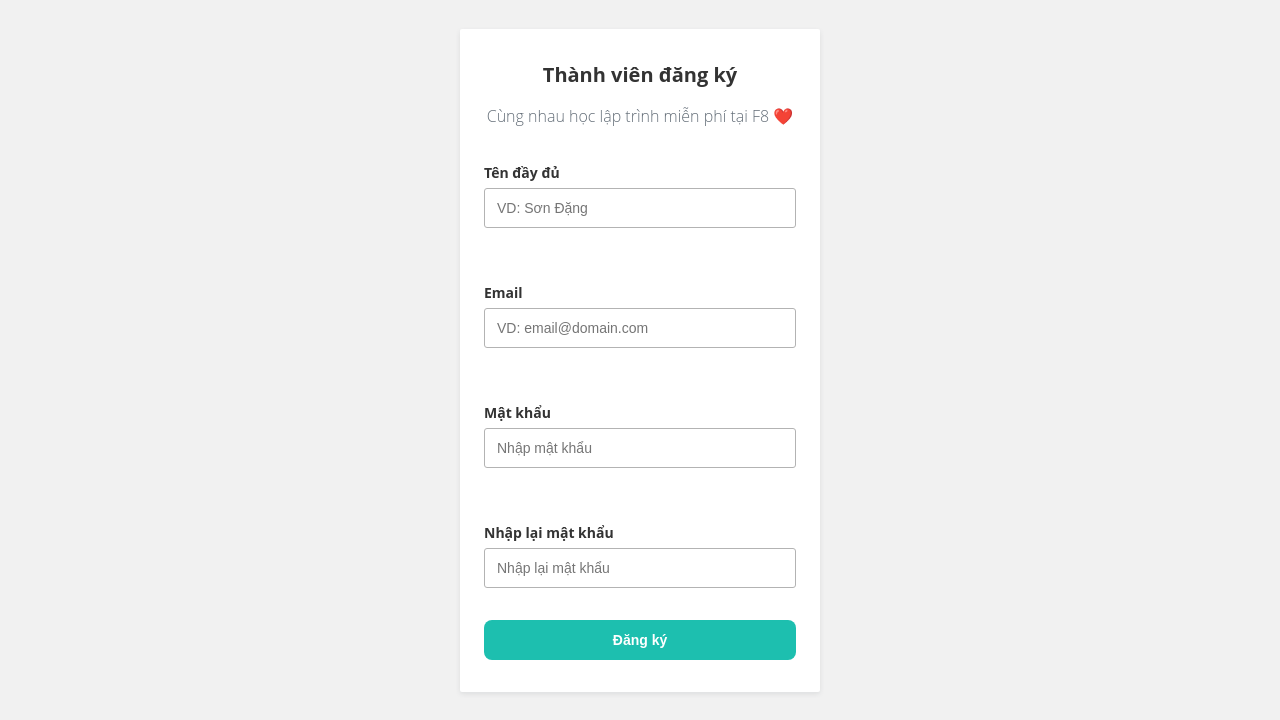
Repository: hoangnam180/FormValidate
Page: index.html
An editor plug-in stored every save of this project. The page is shown before and after the next save, followed by the edit.
The browser window is 1280 px wide. The pictures show the whole page.

Above is the page before, as saved 2021-11-03 16:52:48.

### index.html
<!DOCTYPE html>
<html lang="en">
<head>
    <meta charset="UTF-8">
    <meta http-equiv="X-UA-Compatible" content="IE=edge">
    <meta name="viewport" content="width=device-width, initial-scale=1.0">
    <link rel="stylesheet" href="./style.css">
    <title>Form Validation</title>
</head>
<body>
    <div class="main">

        <form action="" method="POST" class="form" id="form-1">
          <h3 class="heading">Thành viên đăng ký</h3>
          <p class="desc">Cùng nhau học lập trình miễn phí tại F8 ❤️</p>

          <!-- <div class="spacer"></div> -->

          <div class="form-group">
            <label for="fullname" class="form-label">Tên đầy đủ</label>
            <input id="fullname" name="fullname" type="text" placeholder="VD: Sơn Đặng" class="form-control">
            <span class="form-message"></span>
          </div>

          <div class="form-group">
            <label for="email" class="form-label">Email</label>
            <input id="email" name="email" type="text" placeholder="VD: email@domain.com" class="form-control">
            <span class="form-message"></span>
          </div>

          <div class="form-group">
            <label for="password" class="form-label">Mật khẩu</label>
            <input id="password" name="password" type="password" placeholder="Nhập mật khẩu" class="form-control">
            <span class="form-message"></span>
          </div>

          <div class="form-group">
            <label for="password_confirmation" class="form-label">Nhập lại mật khẩu</label>
            <input id="password_confirmation" name="password_confirmation" placeholder="Nhập lại mật khẩu" type="password" class="form-control">
            <span class="form-message"></span>
          </div>

          <button class="form-submit">Đăng ký</button>
        </form>

      </div>
</body>
</html>

### style.css
 *{
    padding: 0;
    margin: 0;
    box-sizing: border-box;
  }

  html {
    color: #333;
    font-size: 62.5%;
    font-family: "Open Sans", sans-serif;
  }
  .main {
    background: #f1f1f1;
    min-height: 100vh;
    display: flex;
    justify-content: center;
  }
  .form {
    width: 360px;
    min-height: 100px;
    padding: 32px 24px;
    text-align: center;
    background: #fff;
    border-radius: 2px;
    margin: 24px;
    align-self: center;
    box-shadow: 0 2px 5px 0 rgba(51, 62, 73, 0.1);
  }
  .form .heading {
    font-size: 2rem;
  }
  .form .desc {
    text-align: center;
    color: #636d77;
    font-size: 1.6rem;
    font-weight: lighter;
    line-height: 2.4rem;
    margin-top: 16px;
    font-weight: 300;
  }

  .form-group {
    display: flex;
    margin-bottom: 16px;
    flex-direction: column;
  }

  .form-label,
  .form-message {
    text-align: left;
  }

  .form-label {
    font-weight: 700;
    padding-bottom: 6px;
    line-height: 1.8rem;
    font-size: 1.4rem;
  }

  .form-control {
    height: 40px;
    padding: 8px 12px;
    border: 1px solid #b3b3b3;
    border-radius: 3px;
    outline: none;
    font-size: 1.4rem;
  }

  .form-control:hover {
    border-color: #1dbfaf;
  }

  .form-group.invalid .form-control {
    border-color: #f33a58;
  }

  .form-group.invalid .form-message {
    color: #f33a58;
  }

  .form-message {
    font-size: 1.2rem;
    line-height: 1.6rem;
    padding: 4px 0 0;
  }

  .form-submit {
    outline: none;
    background-color: #1dbfaf;
    margin-top: 12px;
    padding: 12px 16px;
    font-weight: 600;
    color: #fff;
    border: none;
    width: 100%;
    font-size: 14px;
    border-radius: 8px;
    cursor: pointer;
  }

  .form-submit:hover {
    background-color: #1ac7b6;
  }

  .spacer {
    margin-top: 36px;
  }

  .form-group::before{
      content: "";
      margin-top: 36px;
  }

After the next save:
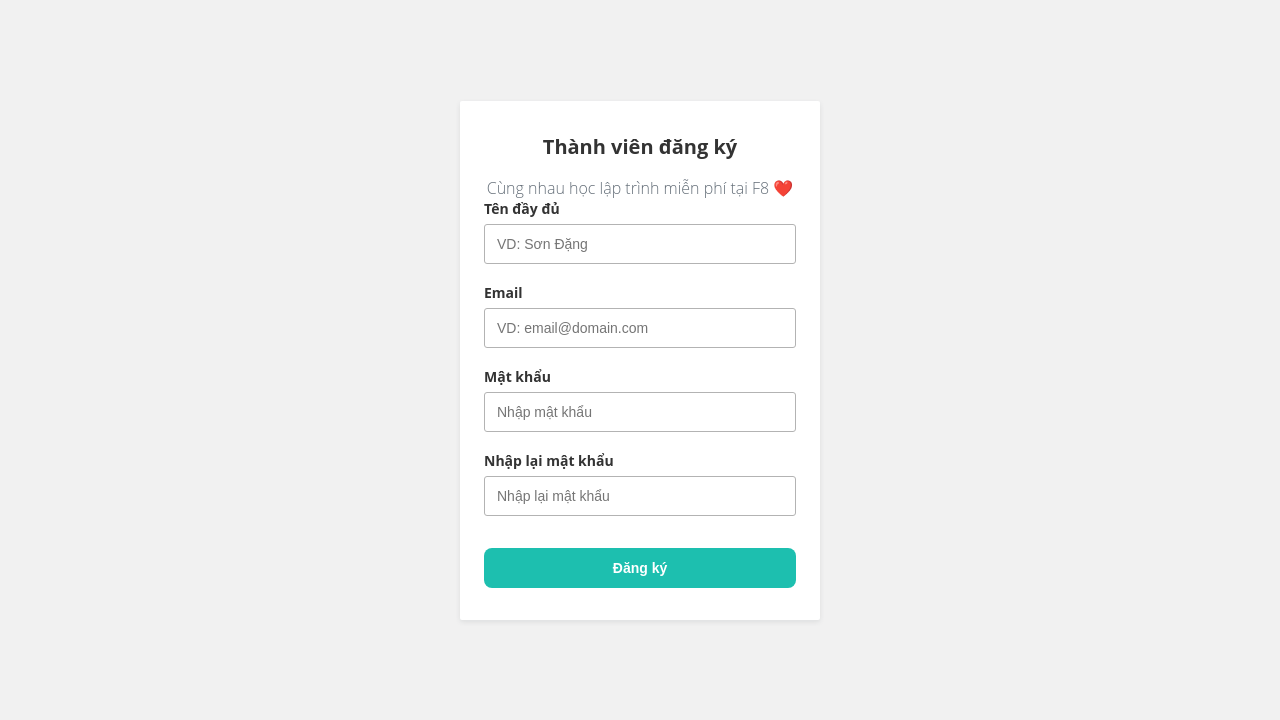
Saved 6 s later.
--- a/style.css
+++ b/style.css
@@ -106,7 +106,7 @@
     margin-top: 36px;
   }
 
-  .form-group::before{
+  /* .form-group::before{
       content: "";
       margin-top: 36px;
-  }
+  } */
